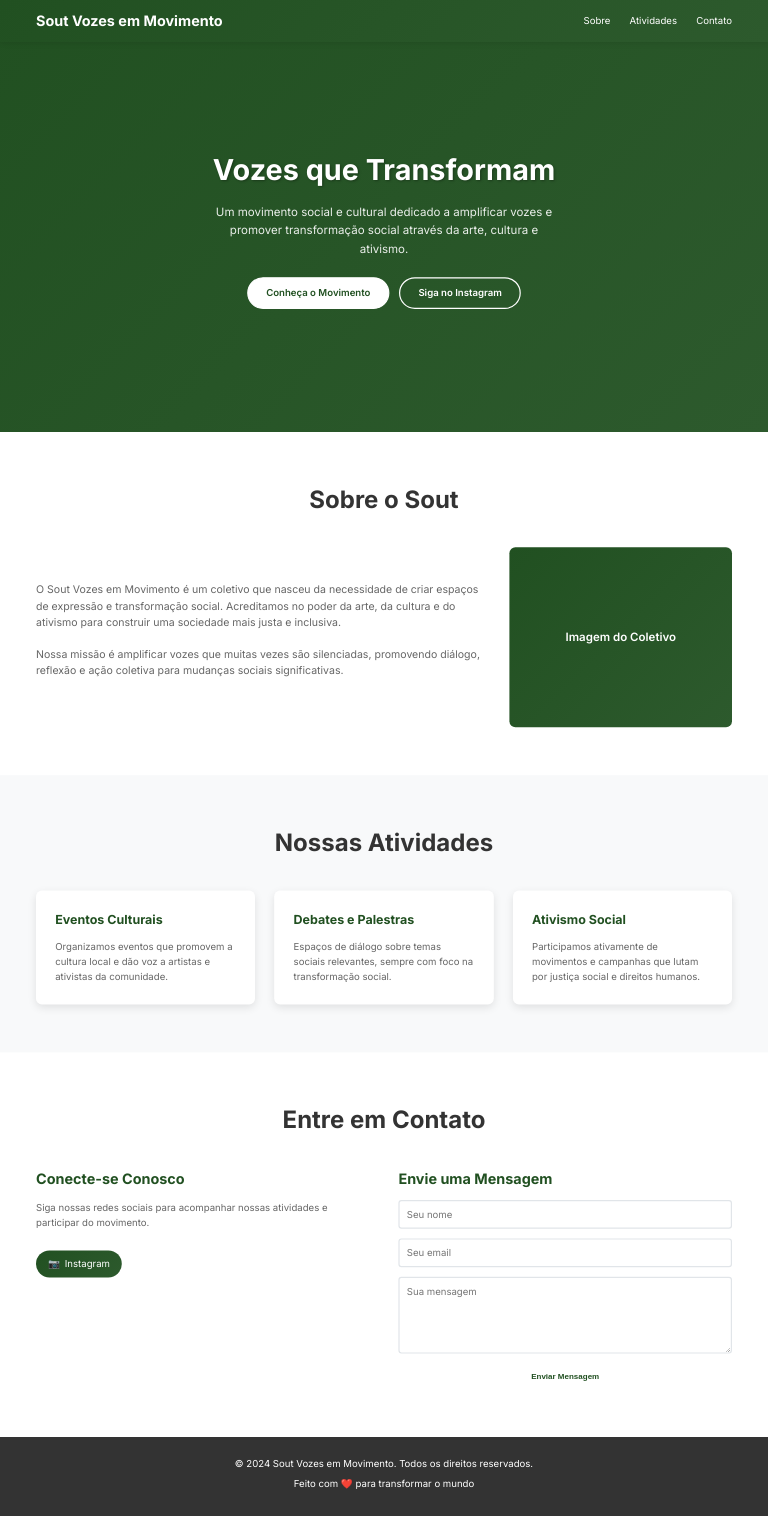
Repository: farukzahra/sout
Page: index.html
An editor plug-in stored every save of this project. The page is shown before and after the next save, followed by the edit.
The browser window is 1280 px wide. The pictures show the whole page, at 60% of full size.

Above is the page before, as saved 2025-10-02 12:56:46.

### index.html
<!DOCTYPE html>
<html lang="pt-BR">
<head>
    <meta charset="UTF-8">
    <meta name="viewport" content="width=device-width, initial-scale=1.0">
    <title>Sout Vozes em Movimento</title>
    <meta name="description" content="Sout Vozes em Movimento - Movimento social e cultural">
    <link rel="stylesheet" href="style.css">
    <link href="https://fonts.googleapis.com/css2?family=Inter:wght@300;400;600;700&display=swap" rel="stylesheet">
</head>
<body>
    <header class="header">
        <nav class="nav">
            <div class="nav-brand">
                <h1>Sout Vozes em Movimento</h1>
            </div>
            <ul class="nav-menu">
                <li><a href="#sobre">Sobre</a></li>
                <li><a href="#atividades">Atividades</a></li>
                <li><a href="#contato">Contato</a></li>
            </ul>
        </nav>
    </header>

    <main>
        <section class="hero">
            <div class="hero-content">
                <h2>Vozes que Transformam</h2>
                <p>Um movimento social e cultural dedicado a amplificar vozes e promover transformação social através da arte, cultura e ativismo.</p>
                <div class="hero-buttons">
                    <a href="#sobre" class="btn btn-primary">Conheça o Movimento</a>
                    <a href="https://www.instagram.com/sout_vozesemmovimento/" target="_blank" class="btn btn-secondary">Siga no Instagram</a>
                </div>
            </div>
        </section>

        <section id="sobre" class="section">
            <div class="container">
                <h2>Sobre o Sout</h2>
                <div class="about-content">
                    <div class="about-text">
                        <p>O Sout Vozes em Movimento é um coletivo que nasceu da necessidade de criar espaços de expressão e transformação social. Acreditamos no poder da arte, da cultura e do ativismo para construir uma sociedade mais justa e inclusiva.</p>
                        <p>Nossa missão é amplificar vozes que muitas vezes são silenciadas, promovendo diálogo, reflexão e ação coletiva para mudanças sociais significativas.</p>
                    </div>
                    <div class="about-image">
                        <div class="placeholder-image">
                            <span>Imagem do Coletivo</span>
                        </div>
                    </div>
                </div>
            </div>
        </section>

        <section id="atividades" class="section section-alt">
            <div class="container">
                <h2>Nossas Atividades</h2>
                <div class="activities-grid">
                    <div class="activity-card">
                        <h3>Eventos Culturais</h3>
                        <p>Organizamos eventos que promovem a cultura local e dão voz a artistas e ativistas da comunidade.</p>
                    </div>
                    <div class="activity-card">
                        <h3>Debates e Palestras</h3>
                        <p>Espaços de diálogo sobre temas sociais relevantes, sempre com foco na transformação social.</p>
                    </div>
                    <div class="activity-card">
                        <h3>Ativismo Social</h3>
                        <p>Participamos ativamente de movimentos e campanhas que lutam por justiça social e direitos humanos.</p>
                    </div>
                </div>
            </div>
        </section>

        <section id="contato" class="section">
            <div class="container">
                <h2>Entre em Contato</h2>
                <div class="contact-content">
                    <div class="contact-info">
                        <h3>Conecte-se Conosco</h3>
                        <p>Siga nossas redes sociais para acompanhar nossas atividades e participar do movimento.</p>
                        <div class="social-links">
                            <a href="https://www.instagram.com/sout_vozesemmovimento/" target="_blank" class="social-link">
                                <span>📷</span> Instagram
                            </a>
                        </div>
                    </div>
                    <div class="contact-form">
                        <h3>Envie uma Mensagem</h3>
                        <form>
                            <input type="text" placeholder="Seu nome" required>
                            <input type="email" placeholder="Seu email" required>
                            <textarea placeholder="Sua mensagem" rows="5" required></textarea>
                            <button type="submit" class="btn btn-primary">Enviar Mensagem</button>
                        </form>
                    </div>
                </div>
            </div>
        </section>
    </main>

    <footer class="footer">
        <div class="container">
            <p>&copy; 2024 Sout Vozes em Movimento. Todos os direitos reservados.</p>
            <p>Feito com ❤️ para transformar o mundo</p>
        </div>
    </footer>

    <script>
        // Smooth scrolling para links internos
        document.querySelectorAll('a[href^="#"]').forEach(anchor => {
            anchor.addEventListener('click', function (e) {
                e.preventDefault();
                const target = document.querySelector(this.getAttribute('href'));
                if (target) {
                    target.scrollIntoView({
                        behavior: 'smooth',
                        block: 'start'
                    });
                }
            });
        });

        // Formulário de contato (funcionalidade básica)
        document.querySelector('form').addEventListener('submit', function(e) {
            e.preventDefault();
            alert('Obrigado pela sua mensagem! Entraremos em contato em breve.');
            this.reset();
        });
    </script>
</body>
</html>

### style.css
/* Reset e configurações básicas */
* {
    margin: 0;
    padding: 0;
    box-sizing: border-box;
}

body {
    font-family: 'Inter', sans-serif;
    line-height: 1.6;
    color: #333;
    background-color: #fff;
}

.container {
    max-width: 1200px;
    margin: 0 auto;
    padding: 0 20px;
}

/* Header */
.header {
    background: linear-gradient(135deg, #215021 0%, #2d5a2d 100%);
    color: white;
    padding: 1rem 0;
    position: fixed;
    top: 0;
    width: 100%;
    z-index: 1000;
    box-shadow: 0 2px 10px rgba(0,0,0,0.1);
}

.nav {
    display: flex;
    justify-content: space-between;
    align-items: center;
    max-width: 1200px;
    margin: 0 auto;
    padding: 0 20px;
}


.nav-menu {
    display: flex;
    list-style: none;
    gap: 2rem;
}

.nav-menu a {
    color: white;
    text-decoration: none;
    font-weight: 500;
    transition: opacity 0.3s ease;
}

.nav-menu a:hover {
    opacity: 0.8;
}

/* Hero Section */
.hero {
    background: linear-gradient(135deg, #215021 0%, #2d5a2d 100%);
    color: white;
    padding: 120px 0 80px;
    text-align: center;
    min-height: 100vh;
    display: flex;
    align-items: center;
    justify-content: center;
}


.hero-content h2 {
    font-size: 3rem;
    font-weight: 700;
    margin-bottom: 1rem;
    text-shadow: 2px 2px 4px rgba(0,0,0,0.3);
}

.hero-content {
    max-width: 800px;
    margin: 0 auto;
    padding: 0 20px;
}

.hero-content p {
    font-size: 1.2rem;
    margin-bottom: 2rem;
    max-width: 600px;
    margin-left: auto;
    margin-right: auto;
    opacity: 0.9;
}

.hero-buttons {
    display: flex;
    gap: 1rem;
    justify-content: center;
    flex-wrap: wrap;
}

/* Botões */
.btn {
    display: inline-block;
    padding: 12px 30px;
    text-decoration: none;
    border-radius: 50px;
    font-weight: 600;
    transition: all 0.3s ease;
    border: 2px solid transparent;
}

.btn-primary {
    background: white;
    color: #215021;
    border-color: white;
}

.btn-primary:hover {
    background: transparent;
    color: white;
    border-color: white;
}

.btn-secondary {
    background: transparent;
    color: white;
    border-color: white;
}

.btn-secondary:hover {
    background: white;
    color: #215021;
}

/* Seções */
.section {
    padding: 80px 0;
}

.section-alt {
    background-color: #f8f9fa;
}

.section h2 {
    text-align: center;
    font-size: 2.5rem;
    margin-bottom: 3rem;
    color: #333;
}

/* Sobre */
.about-content {
    display: grid;
    grid-template-columns: 2fr 1fr;
    gap: 3rem;
    align-items: center;
}

.about-text p {
    font-size: 1.1rem;
    margin-bottom: 1.5rem;
    color: #666;
}

.placeholder-image {
    background: linear-gradient(135deg, #215021 0%, #2d5a2d 100%);
    height: 300px;
    border-radius: 10px;
    display: flex;
    align-items: center;
    justify-content: center;
    color: white;
    font-size: 1.2rem;
    font-weight: 600;
}

/* Atividades */
.activities-grid {
    display: grid;
    grid-template-columns: repeat(auto-fit, minmax(300px, 1fr));
    gap: 2rem;
}

.activity-card {
    background: white;
    padding: 2rem;
    border-radius: 10px;
    box-shadow: 0 5px 15px rgba(0,0,0,0.1);
    transition: transform 0.3s ease, box-shadow 0.3s ease;
}

.activity-card:hover {
    transform: translateY(-5px);
    box-shadow: 0 10px 25px rgba(0,0,0,0.15);
}

.activity-card h3 {
    color: #215021;
    margin-bottom: 1rem;
    font-size: 1.3rem;
}

.activity-card p {
    color: #666;
    line-height: 1.6;
}

/* Contato */
.contact-content {
    display: grid;
    grid-template-columns: 1fr 1fr;
    gap: 3rem;
}

.contact-info h3 {
    color: #215021;
    margin-bottom: 1rem;
    font-size: 1.5rem;
}

.contact-info p {
    color: #666;
    margin-bottom: 2rem;
}

.social-links {
    display: flex;
    gap: 1rem;
}

.social-link {
    display: flex;
    align-items: center;
    gap: 0.5rem;
    padding: 10px 20px;
    background: linear-gradient(135deg, #215021 0%, #2d5a2d 100%);
    color: white;
    text-decoration: none;
    border-radius: 25px;
    transition: transform 0.3s ease;
}

.social-link:hover {
    transform: translateY(-2px);
}

.contact-form h3 {
    color: #215021;
    margin-bottom: 1rem;
    font-size: 1.5rem;
}

.contact-form form {
    display: flex;
    flex-direction: column;
    gap: 1rem;
}

.contact-form input,
.contact-form textarea {
    padding: 12px;
    border: 2px solid #e1e5e9;
    border-radius: 5px;
    font-family: inherit;
    font-size: 1rem;
    transition: border-color 0.3s ease;
}

.contact-form input:focus,
.contact-form textarea:focus {
    outline: none;
    border-color: #215021;
}

.contact-form textarea {
    resize: vertical;
    min-height: 120px;
}

/* Footer */
.footer {
    background: #333;
    color: white;
    text-align: center;
    padding: 2rem 0;
}

.footer p {
    margin-bottom: 0.5rem;
}

/* Responsividade */
@media (max-width: 768px) {
    .nav {
        flex-direction: column;
        gap: 1rem;
    }

    .nav-menu {
        gap: 1rem;
    }

    .hero-content h2 {
        font-size: 2rem;
    }

    .hero-buttons {
        flex-direction: column;
        align-items: center;
    }

    .about-content,
    .contact-content {
        grid-template-columns: 1fr;
        gap: 2rem;
    }

    .activities-grid {
        grid-template-columns: 1fr;
    }

    .section h2 {
        font-size: 2rem;
    }
}

@media (max-width: 480px) {
    .hero {
        padding: 100px 0 60px;
    }

    .hero-content h2 {
        font-size: 1.8rem;
    }

    .hero-content p {
        font-size: 1rem;
    }

    .section {
        padding: 60px 0;
    }

    .container {
        padding: 0 15px;
    }
}

After the next save:
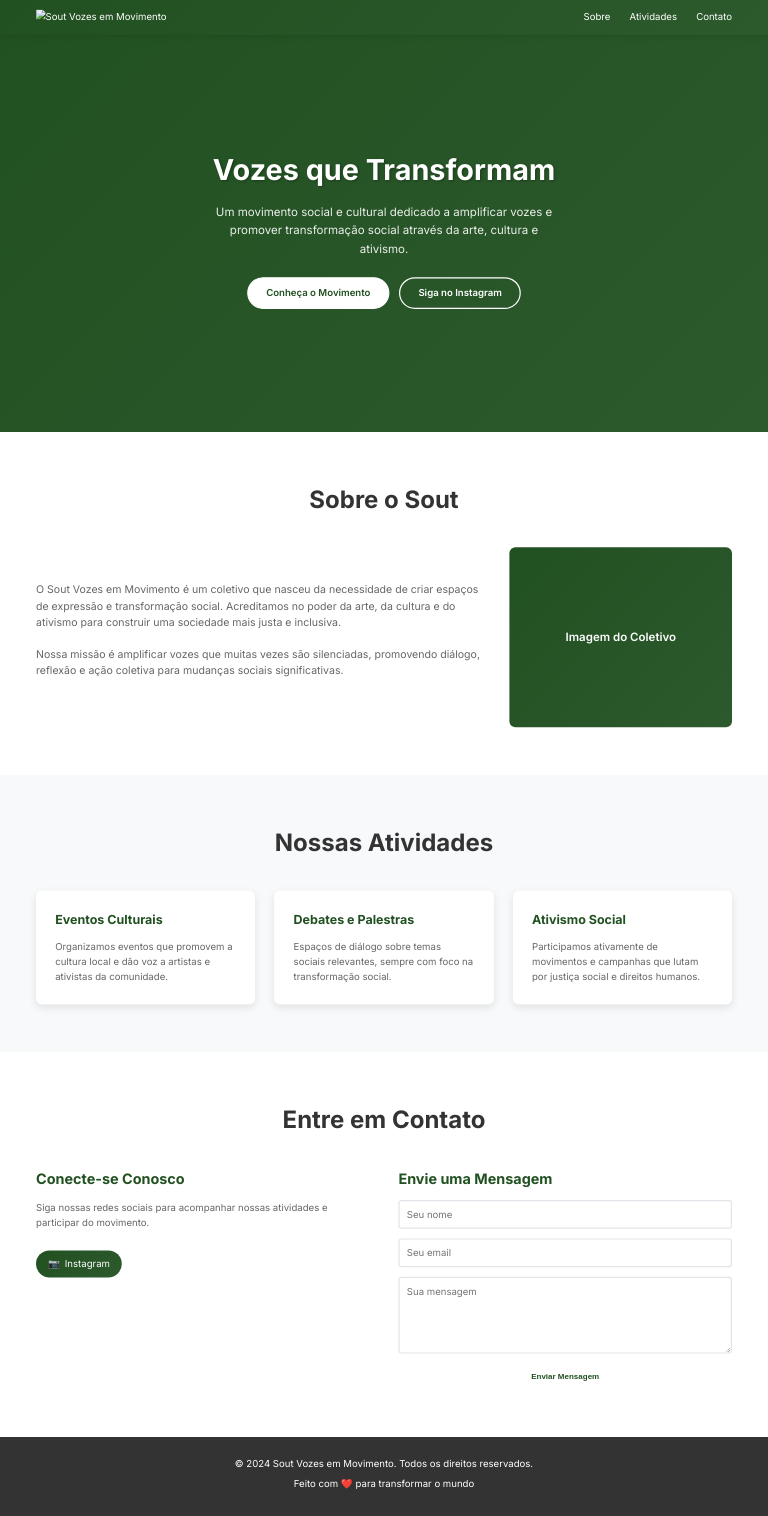
Not found: logo.png
Saved 36 s later.
--- a/index.html
+++ b/index.html
@@ -12,7 +12,7 @@
     <header class="header">
         <nav class="nav">
             <div class="nav-brand">
-                <h1>Sout Vozes em Movimento</h1>
+                <img src="logo.png" alt="Sout Vozes em Movimento" class="logo-img">
             </div>
             <ul class="nav-menu">
                 <li><a href="#sobre">Sobre</a></li>
